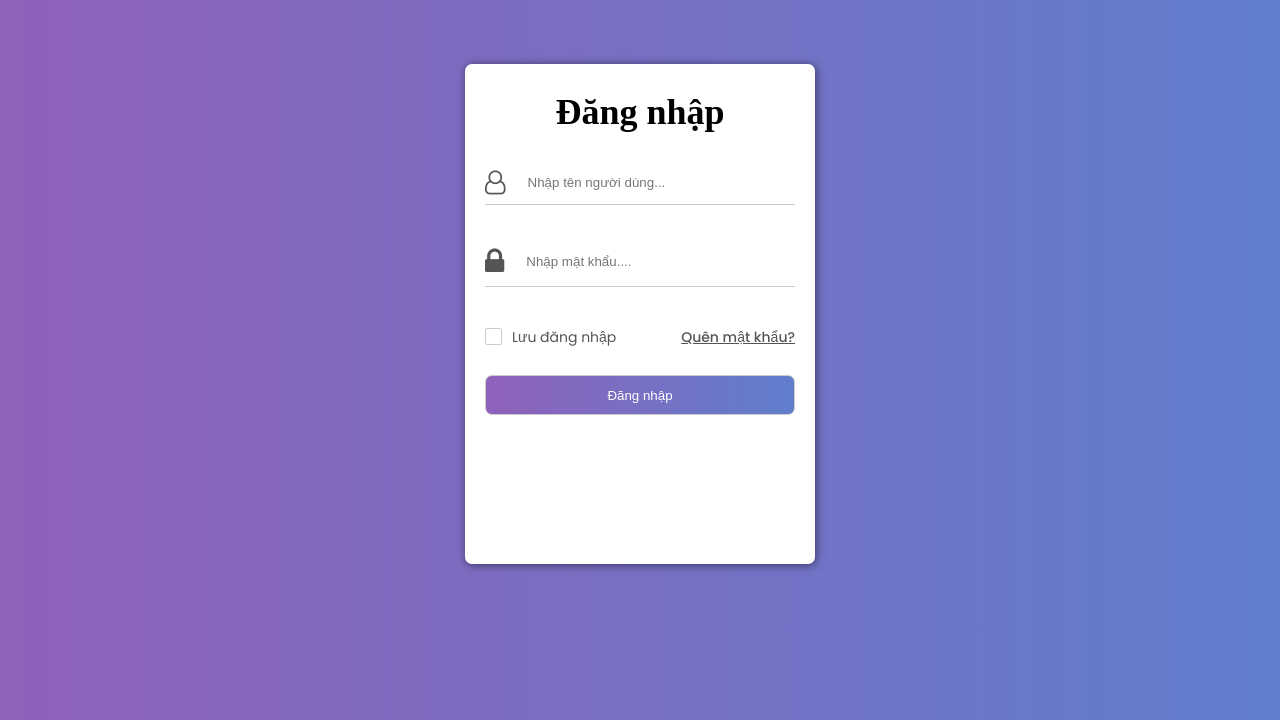
Repository: Nieday306/shophoaqua
Page: login.html
The author's editor kept a copy of each file at every save. The page is drawn from the files as they stood at one save, then again after the next save.
The browser window is 1280 px wide. The pictures show the whole page.
The pointer rests on the first visible `.submit`.

Above is the page before, as saved 2024-04-06 18:34:43.

### login.html
<!DOCTYPE html>
<html lang="en">
  <head>
    <meta charset="UTF-8" />
    <meta name="viewport" content="width=device-width, initial-scale=1.0" />
    <!-- reset css -->
    <link rel="stylesheet" href="./assets/css/reset.css" />
    <!-- style css -->
    <link rel="stylesheet" href="./assets/css/style.css" />
    <!-- login css -->
    <link rel="stylesheet" href="./assets/css/login.css" />
    <!-- font  -->
    <link rel="stylesheet" href="./assets/font/stylesheet.css" />
    <title>CTN - Đăng nhập</title>
    <!-- font awesome -->
    <link
      rel="stylesheet"
      href="https://cdnjs.cloudflare.com/ajax/libs/font-awesome/4.7.0/css/font-awesome.min.css"
    />
  </head>
  <body>
    <main>
      <div class="login">
        <form
          action="https://api-gateway.fullstack.edu.vn/action_page.php"
          method="post"
          autocomplete="off"
        >
          <h1 class="login-title">Đăng nhập</h1>
          <div class="form-group">
            <div class="row row-text">
              <label for="username"
                ><i class="fa fa-user-o" style="font-size: 24px"></i
              ></label>
              <input
                type="text"
                name="username"
                id="username"
                placeholder="Nhập tên người dùng..."
                required
                minlength="8"
              />
            </div>
            <p class="form-error">* Nhập từ 8 ký tự trở lên</p>
          </div>
          <div class="form-group">
            <div class="row row-text">
              <label for="password">
                <i class="fa fa-lock" style="font-size: 30px"></i>
              </label>
              <input
                type="text"
                name="password"
                id="password"
                placeholder="Nhập mật khẩu...."
                required
                minlength="8"
              />
            </div>
            <p class="form-error">* Nhập từ 8 kí tự trở lên</p>
          </div>
          <div class="form-group">
            <div class="row row-remember">
              <input type="checkbox" name="remember" id="remember" hidden />
              <label class="remember" for="remember">Lưu đăng nhập</label>
              <a href="#!" class="forgot-pass">Quên mật khẩu?</a>
            </div>
          </div>
          <div class="form-group">
            <div class="row row-btn">
              <input type="submit" value="Đăng nhập" class="submit" />
            </div>
          </div>
        </form>
      </div>
    </main>
  </body>
</html>

### assets/css/style.css
* {
  box-sizing: border-box;
}

html,
body {
  scroll-behavior: smooth;
}

html {
  font-size: 62.5%;
}

body {
  font-size: 1.6rem;
  font-family: "Poppins", sans-serif;
  margin: 0px auto;
}

### assets/css/login.css
:root {
  --color-word: #feffff;
}

body {
  background-image: linear-gradient(to right, #8f61bb, #607ecc);
}

/* ==================common=================== */
a {
  text-decoration: none;
  color: var(--color-word);
  font-size: 1.4rem;
  font-weight: 500;
}
/* main */

main {
  display: flex;
}

.login {
  background-color: #fff;
  width: 350px;
  min-height: 500px;
  margin: 5% auto;
  border-radius: 7px;
  box-shadow: 1px 1px 10px rgb(0, 0, 0, 0.5);
  padding: 0 20px;
}

.row {
  display: flex;
  justify-content: space-between;
  align-items: center;
}

.login-title {
  margin-top: 30px;
  font-family: "Times New Roman", Times, serif;
  font-size: 3.6rem;
  font-weight: 600;
  color: #000;
  text-align: center;
  margin-bottom: 40px;
}

.fa,
input {
  color: #555;
}

input[type="text"] {
  width: 100%;
  background-color: transparent;
  outline: none;
  border: none;
  margin-left: 20px;
}

.row-text {
  padding-bottom: 10px;
  border-bottom: 1px solid #ccc;
}

.form-error {
  color: red;
  opacity: 0.9;
  font-size: 1.4rem;
  margin: 7px 0 20px;
  visibility: hidden;
}

input[type="text"]:has(:invalid) ~ .form-error {
  visibility: visible;
}

.row-remember {
  margin-top: 10px;
}

.remember {
  position: relative;
  display: flex;
  align-items: center;
  gap: 10px;
  color: #555;
  font-size: 1.4rem;
}

.remember::before {
  content: "";
  display: inline-block;
  width: 15px;
  height: 15px;
  background-color: #fff;
  border: 1px solid#ccc;
  border-radius: 2px;
}

input[type="checkbox"]:checked ~ .remember::after {
  position: absolute;
  content: "";
  display: inline-block;
  height: 5px;
  width: 10px;
  top: 2px;
  left: 2px;
  border: 3px solid #737499;
  border-top: none;
  border-right: none;
  rotate: -45deg;
}

.remember::before,
.remember::after {
  cursor: pointer;
}

.forgot-pass {
  color: #555;
  text-decoration: underline;
}

.row-btn {
  margin-top: 30px;
}

.submit {
  width: 100%;
  height: 40px;
  outline: none;
  border: none;
  border: 1px solid #ccc;
  border-radius: 7px;
  background-image: linear-gradient(to right, #8f61bb, #607ecc);
  color: #fff;
  cursor: pointer;
}

### assets/font/stylesheet.css
@font-face {
    font-family: 'Poppins';
    src: url('Poppins-Black.woff2') format('woff2'),
        url('Poppins-Black.woff') format('woff');
    font-weight: 900;
    font-style: normal;
    font-display: swap;
}

@font-face {
    font-family: 'Poppins';
    src: url('Poppins-Bold.woff2') format('woff2'),
        url('Poppins-Bold.woff') format('woff');
    font-weight: bold;
    font-style: normal;
    font-display: swap;
}

@font-face {
    font-family: 'Poppins';
    src: url('Poppins-BlackItalic.woff2') format('woff2'),
        url('Poppins-BlackItalic.woff') format('woff');
    font-weight: 900;
    font-style: italic;
    font-display: swap;
}

@font-face {
    font-family: 'Poppins';
    src: url('Poppins-BoldItalic.woff2') format('woff2'),
        url('Poppins-BoldItalic.woff') format('woff');
    font-weight: bold;
    font-style: italic;
    font-display: swap;
}

@font-face {
    font-family: 'Poppins';
    src: url('Poppins-ExtraLightItalic.woff2') format('woff2'),
        url('Poppins-ExtraLightItalic.woff') format('woff');
    font-weight: 200;
    font-style: italic;
    font-display: swap;
}

@font-face {
    font-family: 'Poppins';
    src: url('Poppins-ExtraBoldItalic.woff2') format('woff2'),
        url('Poppins-ExtraBoldItalic.woff') format('woff');
    font-weight: bold;
    font-style: italic;
    font-display: swap;
}

@font-face {
    font-family: 'Poppins';
    src: url('Poppins-ExtraBold.woff2') format('woff2'),
        url('Poppins-ExtraBold.woff') format('woff');
    font-weight: bold;
    font-style: normal;
    font-display: swap;
}

@font-face {
    font-family: 'Poppins';
    src: url('Poppins-Italic.woff2') format('woff2'),
        url('Poppins-Italic.woff') format('woff');
    font-weight: normal;
    font-style: italic;
    font-display: swap;
}

@font-face {
    font-family: 'Poppins';
    src: url('Poppins-ExtraLight.woff2') format('woff2'),
        url('Poppins-ExtraLight.woff') format('woff');
    font-weight: 200;
    font-style: normal;
    font-display: swap;
}

@font-face {
    font-family: 'Poppins';
    src: url('Poppins-Regular.woff2') format('woff2'),
        url('Poppins-Regular.woff') format('woff');
    font-weight: normal;
    font-style: normal;
    font-display: swap;
}

@font-face {
    font-family: 'Poppins';
    src: url('Poppins-LightItalic.woff2') format('woff2'),
        url('Poppins-LightItalic.woff') format('woff');
    font-weight: 300;
    font-style: italic;
    font-display: swap;
}

@font-face {
    font-family: 'Poppins';
    src: url('Poppins-SemiBold.woff2') format('woff2'),
        url('Poppins-SemiBold.woff') format('woff');
    font-weight: 600;
    font-style: normal;
    font-display: swap;
}

@font-face {
    font-family: 'Poppins';
    src: url('Poppins-Light.woff2') format('woff2'),
        url('Poppins-Light.woff') format('woff');
    font-weight: 300;
    font-style: normal;
    font-display: swap;
}

@font-face {
    font-family: 'Poppins';
    src: url('Poppins-Medium.woff2') format('woff2'),
        url('Poppins-Medium.woff') format('woff');
    font-weight: 500;
    font-style: normal;
    font-display: swap;
}

@font-face {
    font-family: 'Poppins';
    src: url('Poppins-MediumItalic.woff2') format('woff2'),
        url('Poppins-MediumItalic.woff') format('woff');
    font-weight: 500;
    font-style: italic;
    font-display: swap;
}

@font-face {
    font-family: 'Poppins';
    src: url('Poppins-Thin.woff2') format('woff2'),
        url('Poppins-Thin.woff') format('woff');
    font-weight: 100;
    font-style: normal;
    font-display: swap;
}

@font-face {
    font-family: 'Poppins';
    src: url('Poppins-ThinItalic.woff2') format('woff2'),
        url('Poppins-ThinItalic.woff') format('woff');
    font-weight: 100;
    font-style: italic;
    font-display: swap;
}

@font-face {
    font-family: 'Poppins';
    src: url('Poppins-SemiBoldItalic.woff2') format('woff2'),
        url('Poppins-SemiBoldItalic.woff') format('woff');
    font-weight: 600;
    font-style: italic;
    font-display: swap;
}

Loaded but not shown: assets/css/reset.css (common file)

After the next save:
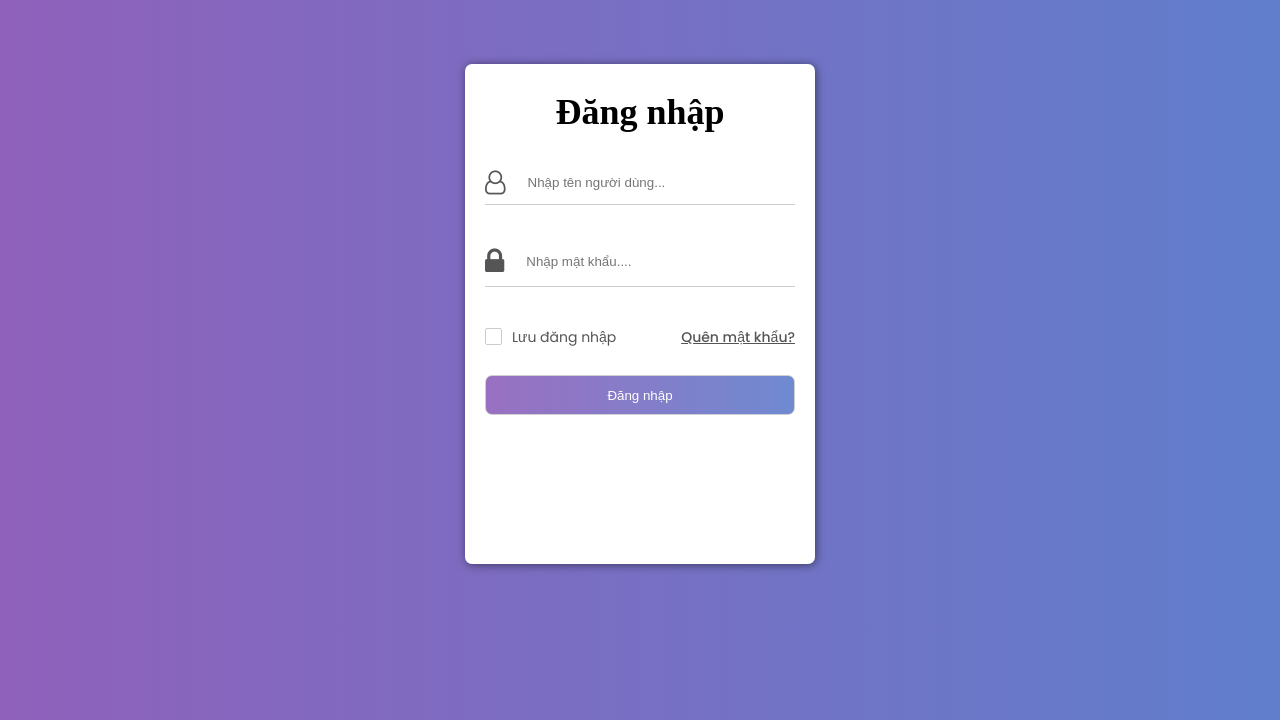
Saved 20 s later.
--- a/assets/css/login.css
+++ b/assets/css/login.css
@@ -137,3 +137,6 @@ input[type="checkbox"]:checked ~ .remember::after {
   color: #fff;
   cursor: pointer;
 }
+.submit:hover {
+  opacity: 0.9;
+}
